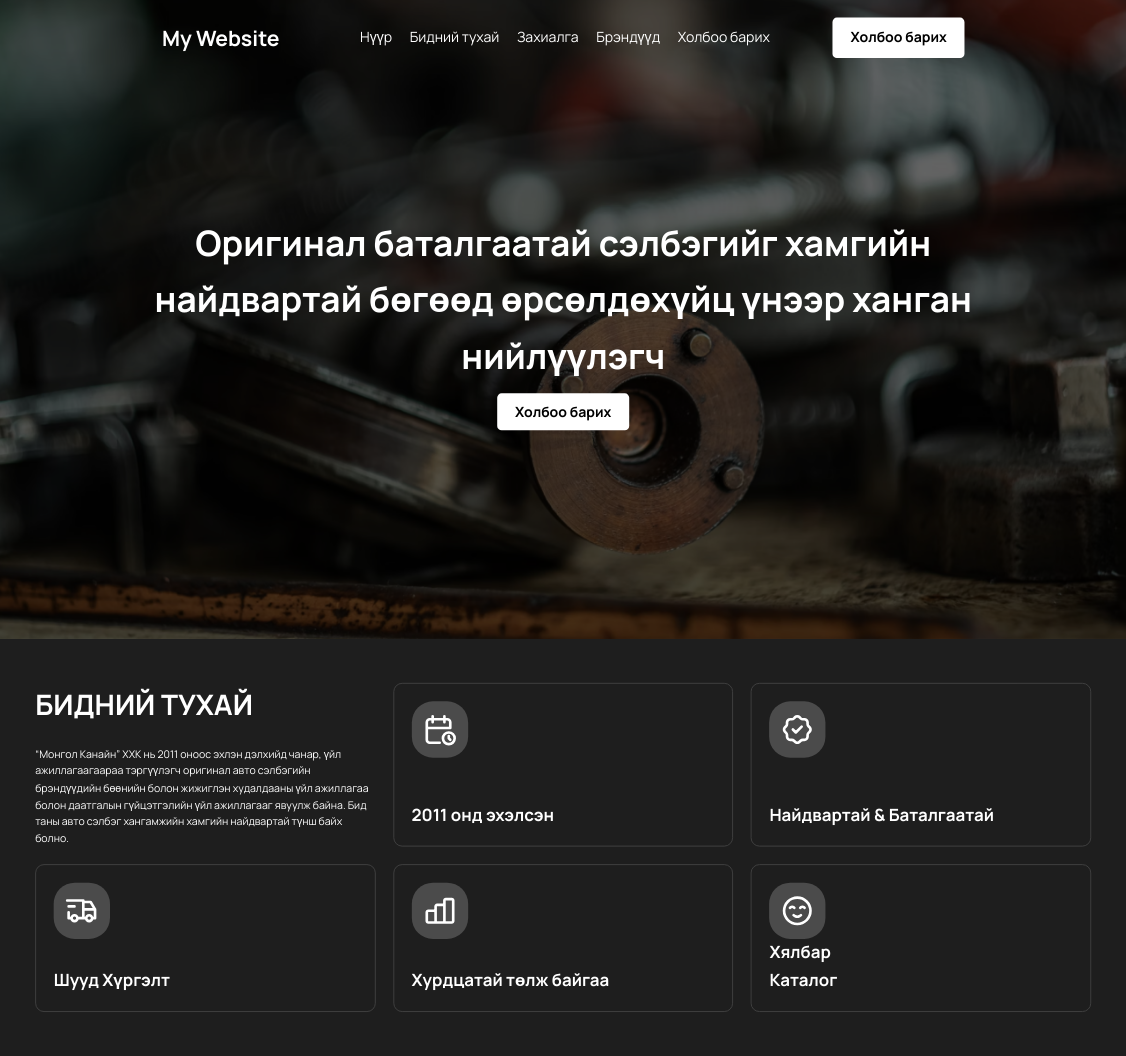
Repository: temuujinnn/mongol_kanain
Page: index.html
An editor plug-in stored every save of this project. The page is shown before and after the next save, followed by the edit.
The browser window is 1280 px wide. The pictures show the whole page, at 88% of full size.

Above is the page before, as saved 2024-08-22 17:59:14.

### index.html
<!DOCTYPE html>
<html lang="mn">

<head>
    <meta charset="UTF-8">
    <meta name="viewport" content="width=device-width, initial-scale=1.0">
    <title>My Custom Website</title>
    <link rel="stylesheet" href="style.css">
    <!-- Google Fonts Link -->
    <link href="https://fonts.googleapis.com/css2?family=Manrope:wght@400;700&display=swap" rel="stylesheet">
</head>

<body>
    <!-- Header Section -->
    <header>
        <div class="container">
            <div class="logo">
                <h1>My Website</h1>
            </div>
            <nav>
                <ul>
                    <li><a href="#home">Нүүр</a></li>
                    <li><a href="#about">Бидний тухай</a></li>
                    <li><a href="#order">Захиалга</a></li>
                    <li><a href="#brands">Брэндүүд</a></li>
                    <li><a href="#contact">Холбоо барих</a></li>
                </ul>
            </nav>
            <a href="#contact" class="contact-btn">Холбоо барих</a>
        </div>
    </header>

    <!-- Hero Section -->
    <section id="hero">
        <div class="overlay"></div>
        <div class="hero-content">
            <h1>Оригинал баталгаатай сэлбэгийг хамгийн найдвартай бөгөөд өрсөлдөхүйц үнээр ханган нийлүүлэгч</h1>
            <a href="#contact" class="button">Холбоо барих</a>
        </div>
    </section>

    <!-- The rest of your content -->
    <section id="about">
        <div class="container">

            <div class="about-grid">
                <div>
                    <h2>БИДНИЙ ТУХАЙ</h2>
                    <p class="description">“Монгол Канайн” ХХК нь 2011 оноос эхлэн дэлхийд чанар, үйл ажиллагаагаараа
                        тэргүүлэгч
                        оригинал авто сэлбэгийн брэндүүдийн бөөнийн болон жижиглэн худалдааны үйл ажиллагаа болон
                        даатгалын
                        гүйцэтгэлийн үйл ажиллагааг явуулж байна. Бид таны авто сэлбэг хангамжийн хамгийн найдвартай
                        түнш
                        байх
                        болно.</p>
                </div>

                <div class="about-card">
                    <div class="icon">
                        <img src="./icons/calendar-time.svg" alt="Calendar Icon">
                    </div>
                    <div class="text">2011 онд эхэлсэн</div>
                </div>
                <div class="about-card">
                    <div class="icon">
                        <img src="./icons/discount-check.svg" alt="Calendar Icon">
                    </div>
                    <div class="text">Найдвартай & Баталгаатай</div>
                </div>
                <div class="about-card">
                    <div class="icon">
                        <img src="./icons/truck-delivery.svg" alt="Calendar Icon">
                    </div>
                    <div class="text">Шууд Хүргэлт</div>
                </div>
                <div class="about-card">
                    <div class="icon">
                        <img src="./icons/chart-bar.svg" alt="Calendar Icon">
                    </div>
                    <div class="text">Хурдцатай төлж байгаа</div>
                </div>
                <div class="about-card">
                    <div class="icon">
                        <img src="./icons/mood-smile-beam.svg" alt="Calendar Icon">
                    </div>
                    <div class="text">Хялбар<br>Каталог</div>
                </div>
            </div>
        </div>
    </section>
</body>

</html>

### style.css
/* Basic Reset */
* {
    margin: 0;
    padding: 0;
    box-sizing: border-box;
}

body {
    font-family: 'Manrope', sans-serif;
    color: white;
    background-color: #1e1e1e;
    line-height: 1.6;
}

/* Header */
header {

    /* Semi-transparent background */
    padding: 20px 0;
    position: absolute;
    /* Ensure the header is not fixed */
    width: 100%;
    z-index: 1000;
    /* Keep the header on top of other content */
}

header .container {
    display: flex;
    padding-left: 144px;
    padding-right: 144px;
    justify-content: space-between;
    align-items: center;
}

header .logo h1 {
    color: #fff;
    font-size: 1.5rem;
    margin: 0;
}

header nav ul {
    list-style: none;
    display: flex;
    margin: 0;
    padding: 0;
}

header nav ul li {
    margin-left: 20px;
}

header nav ul li a {
    color: #fff;
    text-decoration: none;
    font-size: 1rem;
}

header nav ul li a:hover {
    color: #ffcc00;
}

header .contact-btn {
    background-color: #fff;
    color: #000;
    padding: 10px 20px;
    text-decoration: none;
    border-radius: 5px;
    font-weight: bold;
}

header .contact-btn:hover {
    background-color: #e6e6e6;
}

/* Hero Section */
#hero {
    position: relative;
    background: url('./images/m.png') no-repeat center center/cover;
    height: 726px;
    display: flex;
    justify-content: center;
    align-items: center;
    text-align: center;
    color: #fff;
}

#hero .overlay {
    position: absolute;
    top: 0;
    left: 0;
    right: 0;
    bottom: 0;
    background: rgba(0, 0, 0, 0.5);
    /* Dark overlay */
}

.hero-content {
    z-index: 1;
    max-width: 80%;
}

.hero-content h1 {
    font-size: 2.5rem;
    margin-bottom: 20px;
}

.hero-content .button {
    padding: 10px 20px;
    background: #fff;
    color: #000;
    text-decoration: none;
    border-radius: 5px;
    font-weight: bold;
    transition: background-color 0.3s ease;
}

.hero-content .button:hover {
    background-color: #e6e6e6;
}

#about {
    padding: 50px 20px;
    background-color: #1e1e1e;
}

.container {
    max-width: 1200px;
    margin: 0 auto;
}

#about h2 {
    font-size: 32px;
    margin-bottom: 20px;
    color: #fff;
    font-weight: 700;
}

.description {

    font-size: 12px;
    font-style: normal;
    font-weight: 400;
}

.about-grid {
    display: grid;
    grid-template-columns: repeat(3, 1fr);
    gap: 20px;
}

.about-card {
    background-color: #1e1e1e;
    padding: 20px;
    border-radius: 10px;
    display: flex;
    flex-direction: column;
    justify-content: space-between;
    align-items: start;

    border: 1px solid #444;
    transition: transform 0.3s ease, border-color 0.3s ease;
}

.about-card:hover {
    transform: translateY(-5px);
    border-color: #ffcc00;
}

.icon {

    display: flex;
    justify-content: center;
    align-items: center;
    background-color: #4b4b4b;
    width: 64px;
    height: 64px;
    padding: 12px;
    border-radius: 24px;

}



.text {
    font-size: 1.2rem;
    color: #fff;
    font-weight: 700;
}

.text br {
    display: none;
}

@media (min-width: 768px) {
    .text br {
        display: inline;
    }
}

/* Adjusting body padding to avoid header overlay */

After the next save:
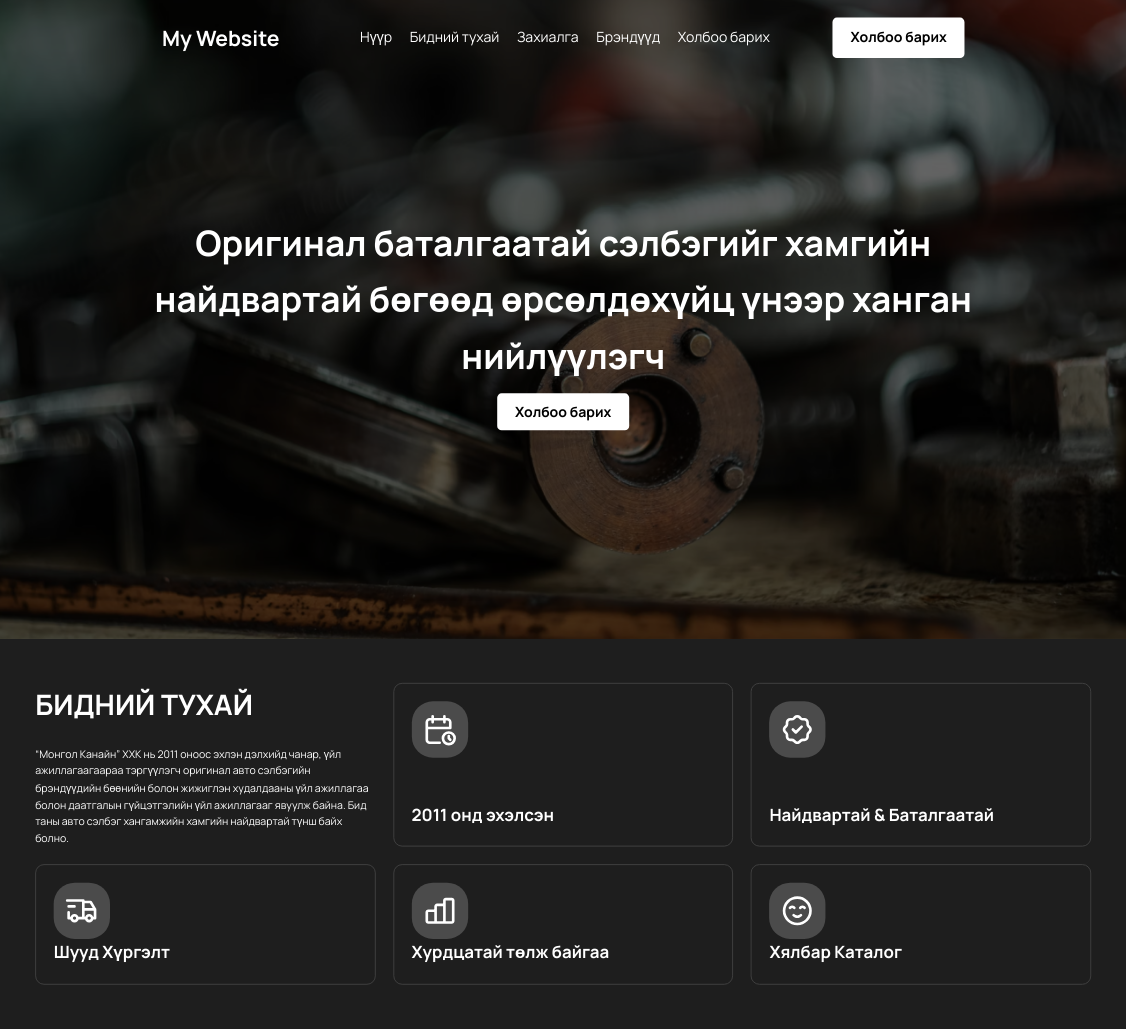
Saved 5 s later.
--- a/index.html
+++ b/index.html
@@ -84,7 +84,7 @@
                     <div class="icon">
                         <img src="./icons/mood-smile-beam.svg" alt="Calendar Icon">
                     </div>
-                    <div class="text">Хялбар<br>Каталог</div>
+                    <div class="text">Хялбар Каталог</div>
                 </div>
             </div>
         </div>
